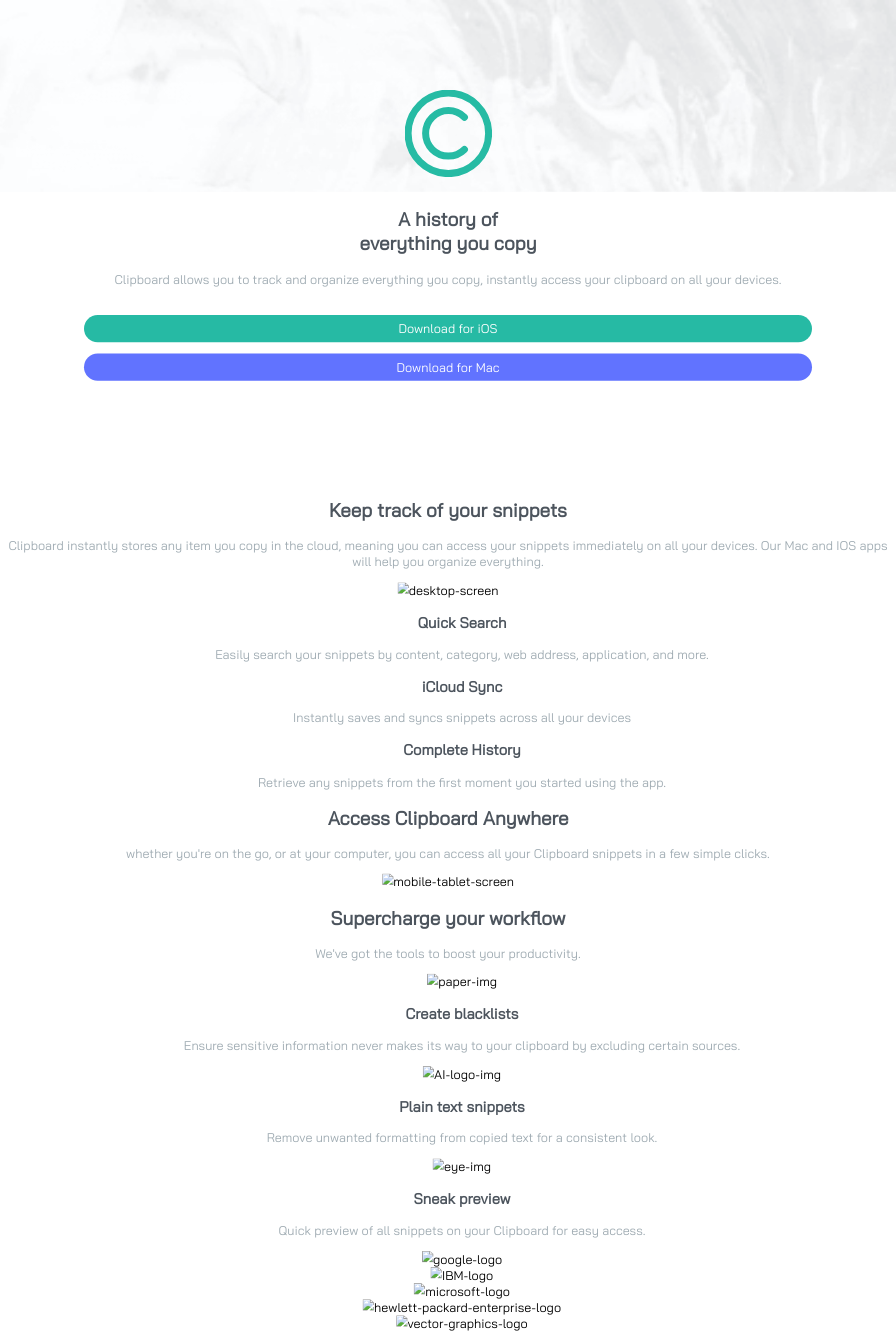
Repository: mikempho/Clipboard-landing-page
Page: index.html
An editor plug-in stored every save of this project. The page is shown before and after the next save, followed by the edit.
The browser window is 1280 px wide. The pictures show the part of the page from y = 0 to 1920 px (the page is 2608 px tall before and 2592 px after), at 70% of full size.

Above is the page before, as saved 2022-04-11 10:55:01.

### index.html
<!DOCTYPE html>
<html lang="en">
  <head>
    <meta charset="UTF-8">
    <meta name="viewport" content="width=device-width, initial-scale=1.0"> <!-- displays site properly based on user's device -->

    <link rel="icon" type="image/png" sizes="32x32" href="./images/favicon-32x32.png">
    <link rel="stylesheet" href="/css/style.css">

    <title>Frontend Mentor | Clipboard landing page</title>

  </head>
  <body>
    <header class="header">
      <img class="logo" src="/images/logo.svg" alt="">
    </header>
    <main>
      <section class="hero">
        <h1>A history of <br> everything you copy</h1>
        <p>Clipboard allows you to track and organize everything you copy, instantly access your clipboard on all your devices.</p>
        <div class="buttons">
          <a class="iOS-btn" href="#">Download for iOS</a>
          <a class="mac-btn" href="#">Download for Mac</a>
        </div>
      </section>
      <section class="section-1">
        <h2>Keep track of your snippets</h2>
        <p>Clipboard instantly stores any item you copy in the cloud, meaning you can access your snippets immediately on all your devices. Our Mac and IOS apps will help you organize everything.</p>
        <div class="features">
          <img class="feature-img" src="" alt="desktop-screen">
          <ul class="list-of-features">
            <li>
              <h3>Quick Search</h3>
              <p>Easily search your snippets by content, category, web address, application, and more.</p>
            </li>
            <li>
              <h3>iCloud Sync</h3>
              <p>Instantly saves and syncs snippets across all your devices</p>
            </li>
            <li>
              <h3>Complete History</h3>
              <p>Retrieve any snippets from the first moment you started using the app.</p>
            </li>
          </ul>
        </div>
      </section>
      <section class="section-2">
        <h2>Access Clipboard Anywhere</h2>
        <p>whether you're on the go, or at your computer, you can access all your Clipboard snippets in a few simple clicks.</p>
        <img class="mobile-tablet-screen" src="" alt="mobile-tablet-screen">
      </section>
      <section class="section-3">
        <h2>Supercharge your workflow</h2>
        <p>We've got the tools to boost your productivity.</p>
        <div>
          <ul class="list-of-features">
            <li>
              <img src="" alt="paper-img">
              <h3>Create blacklists</h3>
              <p>Ensure sensitive information never makes its way to your clipboard by excluding certain sources.</p>
            </li>
            <li>
              <img src="" alt="AI-logo-img">
              <h3>Plain text snippets</h3>
              <p>Remove unwanted formatting from copied text for a consistent look.</p>
            </li>
            <li>
              <img src="" alt="eye-img">
              <h3>Sneak preview</h3>
              <p>Quick preview of all snippets on your Clipboard for easy access.</p>
            </li>
          </ul>
        </div>
      </section>
      <section class="section-4">
        <ul class="company-logos">
          <li><img src="" alt="google-logo"></li>
          <li><img src="" alt="IBM-logo"></li>
          <li><img src="" alt="microsoft-logo"></li>
          <li><img src="" alt="hewlett-packard-enterprise-logo"></li>
          <li><img src="" alt="vector-graphics-logo"></li>
        </ul>
      </section>
      <section class="section-5">
        <h2>Clipboard for iOS and Mac OS</h2>
        <p>Available for free on the App store. Download for Mac or iOS, sync with iCloud and you're ready to start adding to your clipboard.</p>
        <div class="buttons">
          <a class="iOS-btn" href="">Download for iOS</a>
          <a class="mac-btn" href="">Download for Mac</a>
        </div>
      </section>
    </main>

    <footer>
      <div class="footer">
        <img src="" alt="logo">
        <ul class="footer-menu">
          <li><a href="">FAQs</a></li>
          <li><a href="">Contact Us</a></li>
          <li><a href="">Privacy Policy</a></li>
          <li><a href="">Press Kit</a></li>
          <li><a href="">Install Guide</a></li>
        </ul>
        <ul class="social-links">
          <li><a href=""></a>facebook-logo</li>
          <li><a href=""></a>twitter-logo</li>
          <li><a href=""></a>Instagram-logo</li>
        </ul>
      </div>
      <p class="attribution">
        Challenge by <a href="https://www.frontendmentor.io?ref=challenge" target="_blank">Frontend Mentor</a>.
        Coded by <a href="#">Mike Matseane</a>.
      </p>
    </footer>
  </body>
</html>

### css/style.css
/* Universal styling */
body {
    margin: 0;
    padding: 0;
    text-align: center;
    Font-size: 18px;
    font-family: Bai-Jamjuree;
}

* {
    list-style: none;
    text-decoration: none;
}

:root {
    /* Primary colors */
    --Strong-Cyan: hsl(171, 66%, 44%);
    --Light-Blue: hsl(233, 100%, 69%);
    /* Neutral colors */
    --Dark-Grayish-Blue: hsl(210, 10%, 33%);
    --Grayish-Blue: hsl(201, 11%, 66%);
    /* Spacing */
    --container-padding: 0 5.6%;
}

@font-face {
    font-family: Bai-Jamjuree;
    src: url(/Assets/Fonts/Bai_Jamjuree/BaiJamjuree-Regular.ttf);
}

h1, h2, h3{
    color: var(--Dark-Grayish-Blue);
}

p {
    color: var(--Grayish-Blue);
}

/* header section */

.header {
    background-image: url(/images/bg-header-mobile.png);
    background-repeat: no-repeat;
    background-size: cover;
}

.logo {
    margin: 8rem 0 1rem 0;
}

/* hero section */
.hero {
    padding: var(--container-padding);
}

.buttons{
    margin-top: 2rem;
    margin-bottom: 10rem;
}
.buttons a {
    display: inline-block;
    padding: 8px 15px;
    width: 88.8%;
    margin: 8px 0;
    color: white;
    border-radius: 50px;
}

.iOS-btn {
    background-color: var(--Strong-Cyan);
}

.mac-btn {
    background-color: var(--Light-Blue);
}

After the next save:
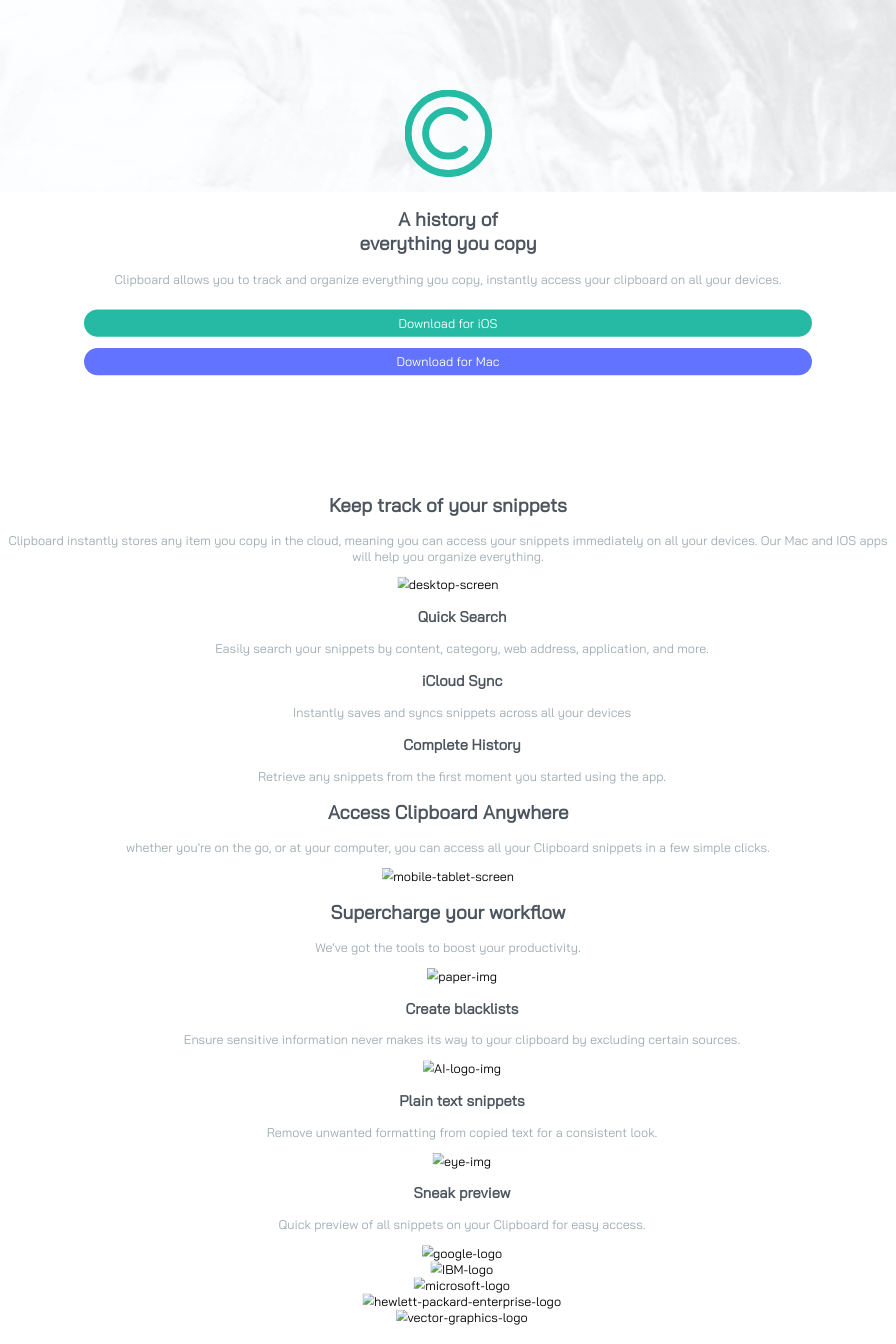
Saved 14 s later.
--- a/css/style.css
+++ b/css/style.css
@@ -54,7 +54,7 @@
 }
 
 .buttons{
-    margin-top: 2rem;
+    margin-top: 1.5rem;
     margin-bottom: 10rem;
 }
 .buttons a {
